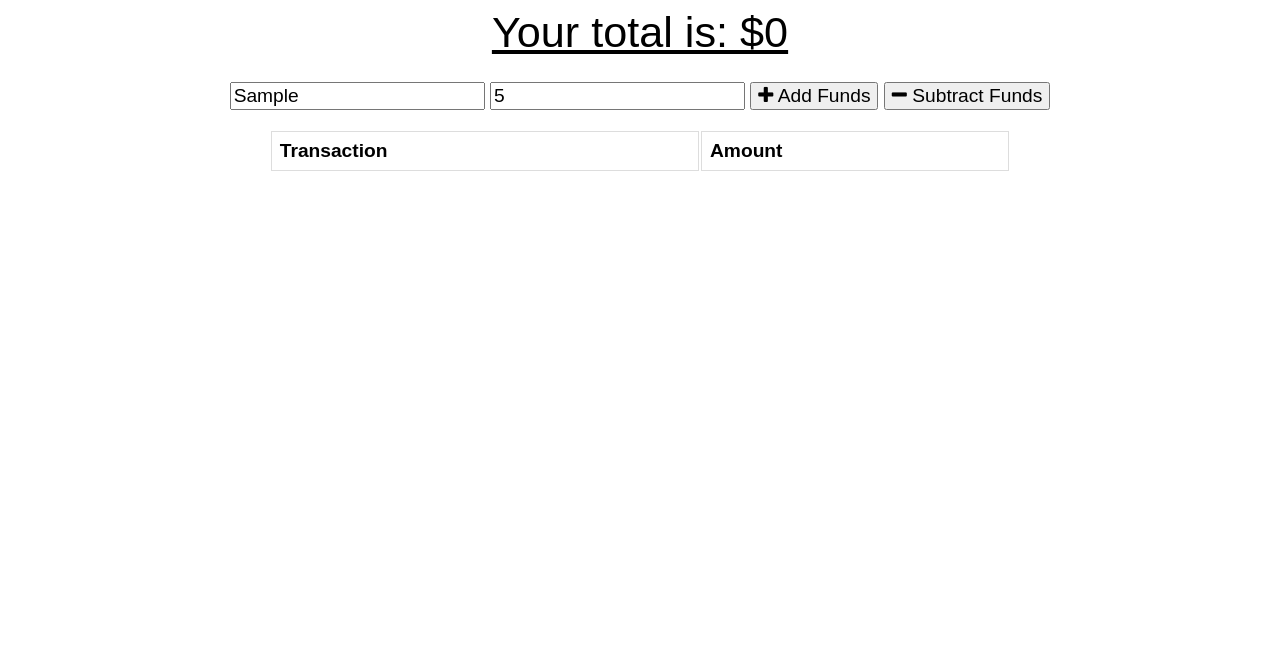
Repository: ward438/blank_check
Page: Develop/public/index.html
The author's editor kept a copy of each file at every save. The page is drawn from the files as they stood at one save, then again after the next save.
The browser window is 1280 px wide. The pictures show the whole page.
Empty fields were first filled with sample values (such as "Sample", 5 or name@example.com).
After loading, the first visible `#add-btn` was clicked once.
The page's requests for data from a server got no answer. Some web libraries are served in a nearby version.

Above is the page before, as saved 2021-06-03 10:31:54.
Console error: TypeError: Cannot read properties of null (reading 'reduce')

After the next save:
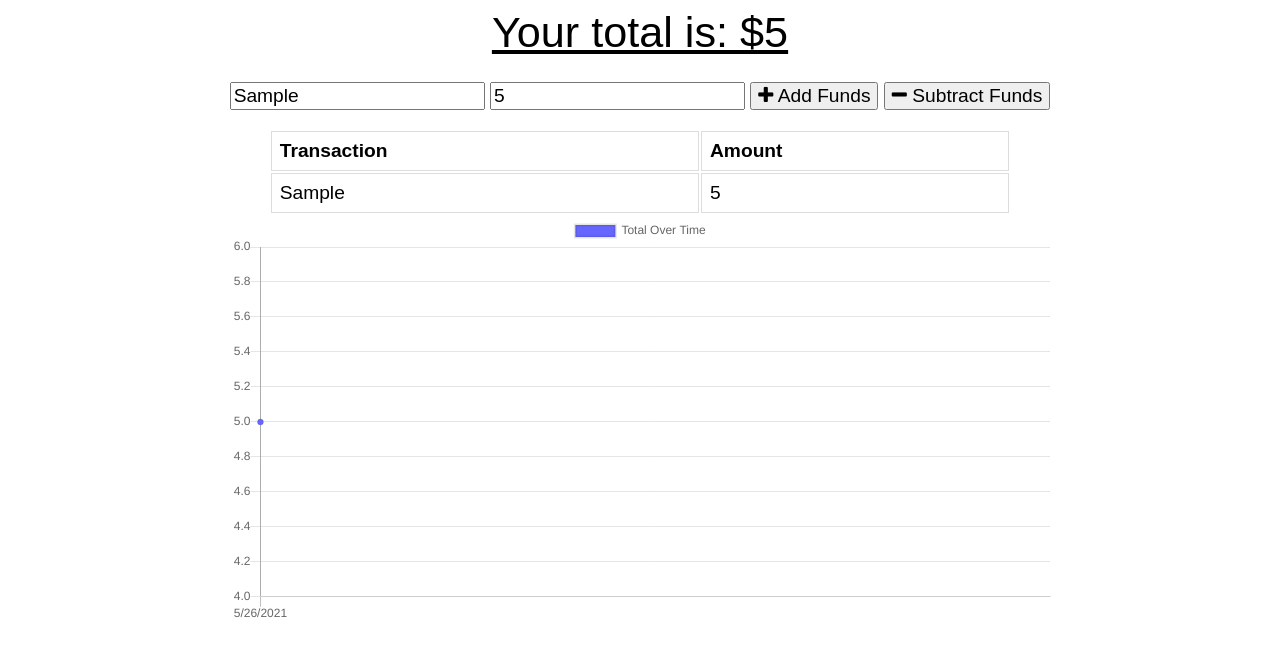
The error is gone.
Saved 2 min 19 s later.
--- a/Develop/public/index.js
+++ b/Develop/public/index.js
@@ -4,12 +4,14 @@ let myChart;
 fetchInterceptor = (...args) => (async (args) => {
   let response;
   console.log(args);
-  if (!window.navigator.onLine) {
+  if (window.navigator.onLine) {
     response = await fetch(...args);
   } else {
     if (args.length > 1) {
       data = JSON.parse(args[1].body);
       response = () => {
+        nameEl.value = "";
+        amountEl.value = "";
         // todo - do stuff in localstorage for create
       }
     } else {
@@ -153,14 +155,6 @@ function sendTransaction(isAdding) {
         nameEl.value = "";
         amountEl.value = "";
       }
-    })
-    .catch(err => {
-      // fetch failed, so save in indexed db
-      saveRecord(transaction);
-
-      // clear form
-      nameEl.value = "";
-      amountEl.value = "";
     });
 }
 
